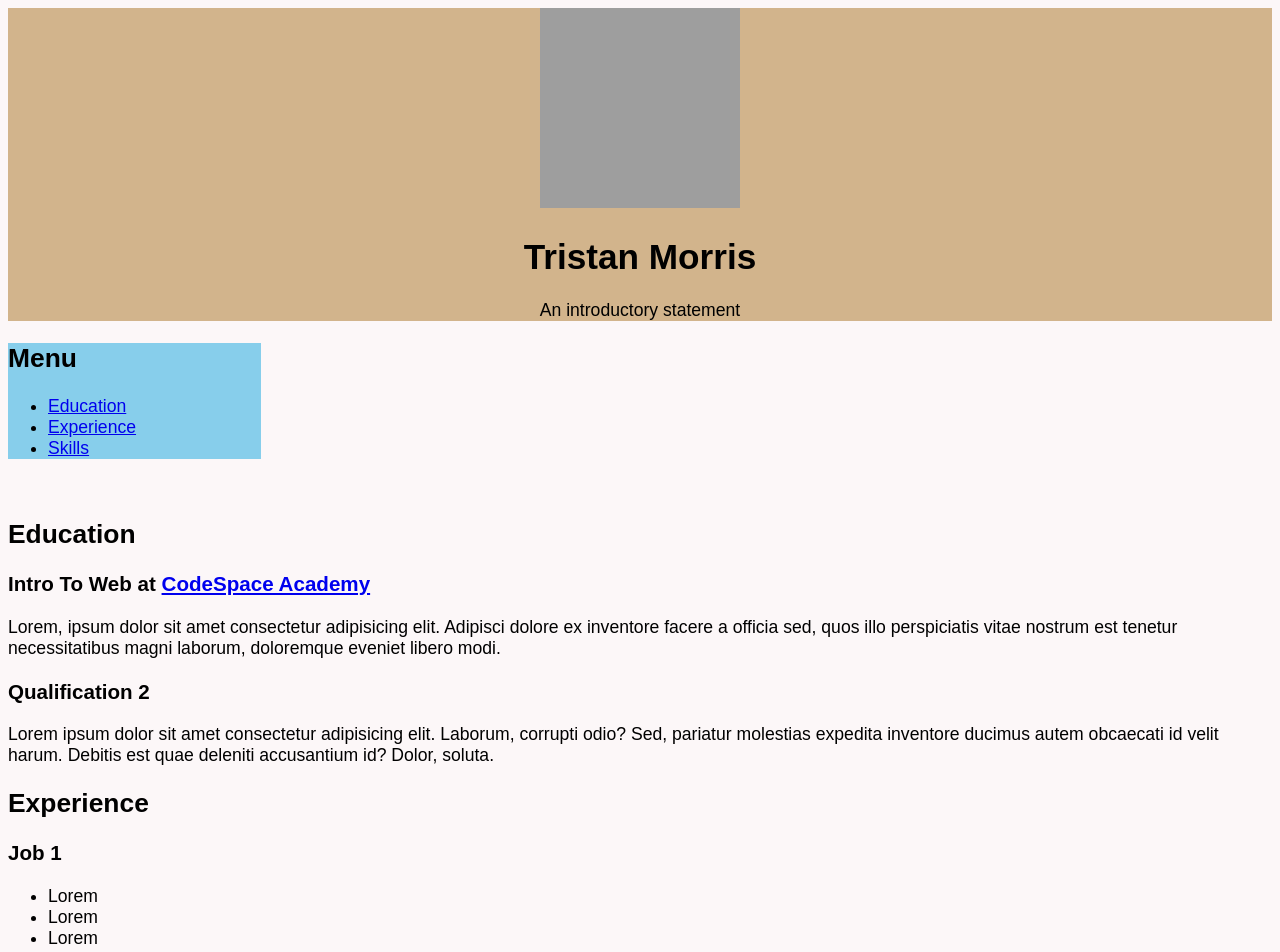
Repository: TristanKMorris/introToWebDesignAssignment
Page: resume1.html
An editor plug-in stored every save of this project. The page is shown before and after the next save, followed by the edit.
The browser window is 1280 px wide. The pictures show the part of the page from y = 0 to 952 px (the page is 1398 px tall before and 1419 px after).
Pictures or frames that could not be fetched are drawn as grey boxes. A picture or video elsewhere on the page could not be fetched, so the positions and the page height are approximate.

Above is the page before, as saved 2022-06-01 13:33:37.

After the next save:
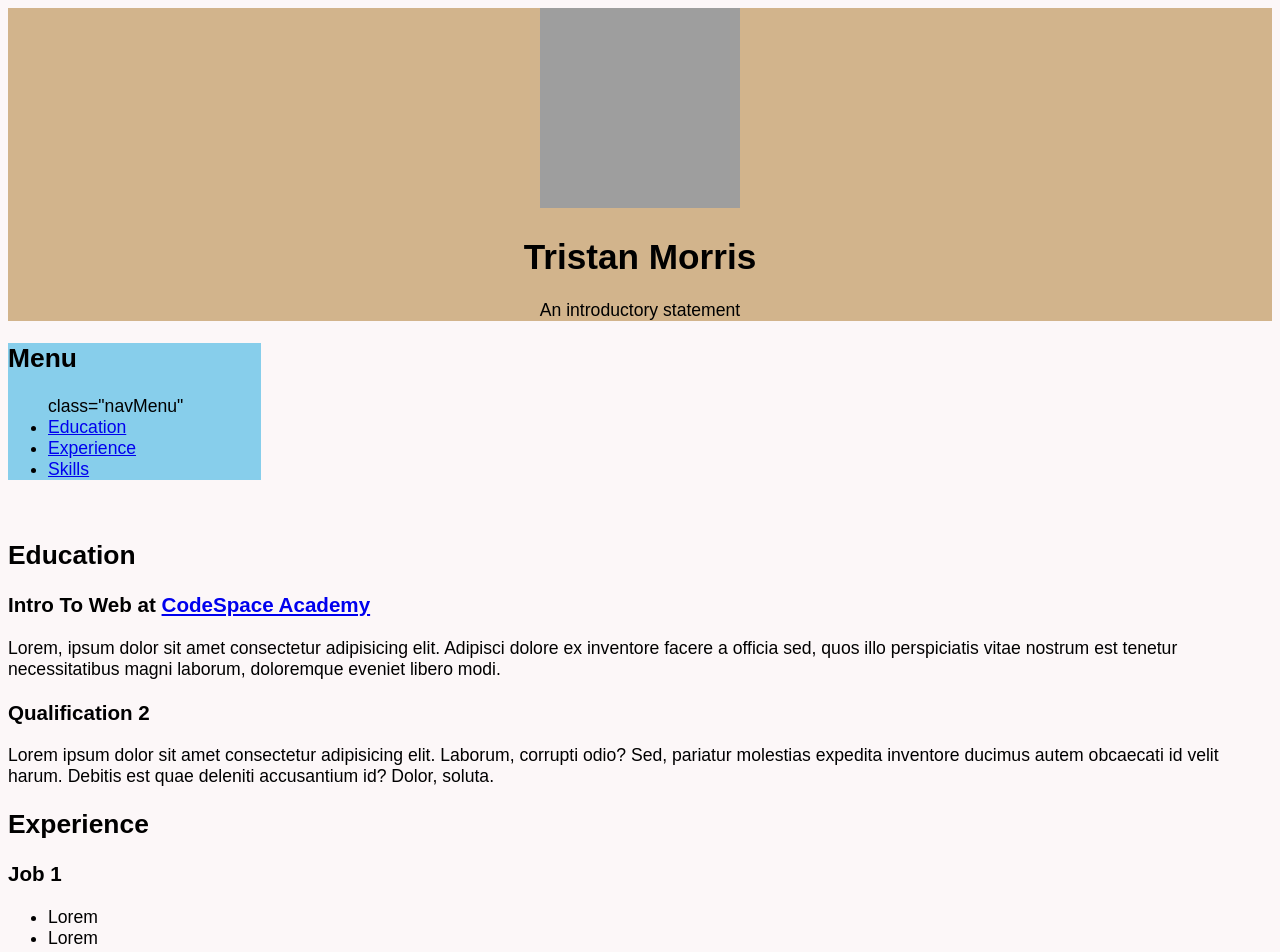
Saved 44 s later.
--- a/resume1.html
+++ b/resume1.html
@@ -23,7 +23,7 @@
 
     <h2>Menu</h2>
 
-    <ul>
+    <ul> class="navMenu"
       <li><a href="#education">Education</a></li>
       <li><a href="#experience">Experience</a></li>
       <li><a href="#skills">Skills</a></li>

After the save that followed:
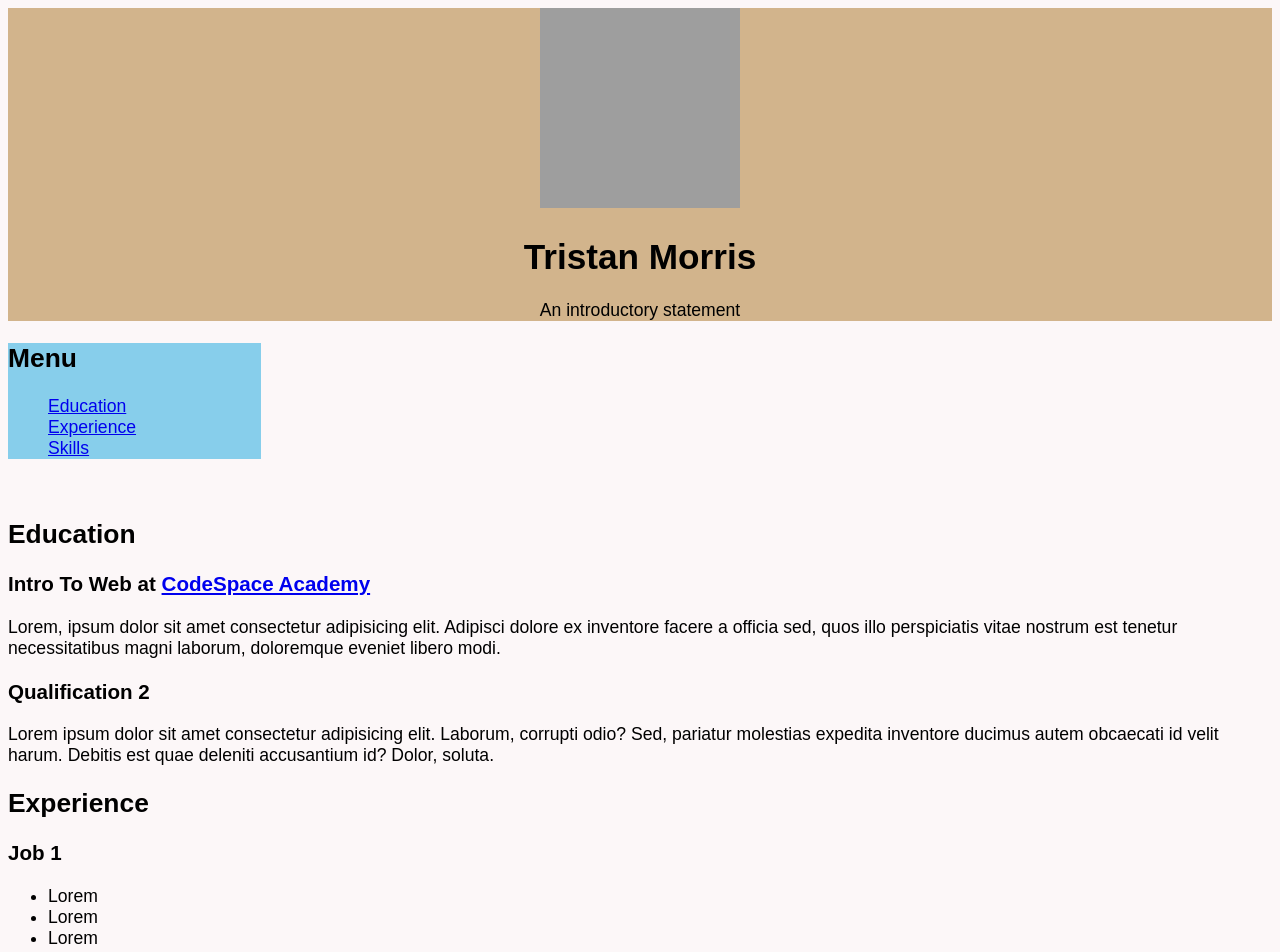
Saved 43 s later.
--- a/resume1.html
+++ b/resume1.html
@@ -23,7 +23,7 @@
 
     <h2>Menu</h2>
 
-    <ul> class="navMenu"
+    <ul class="navMenu">
       <li><a href="#education">Education</a></li>
       <li><a href="#experience">Experience</a></li>
       <li><a href="#skills">Skills</a></li>
